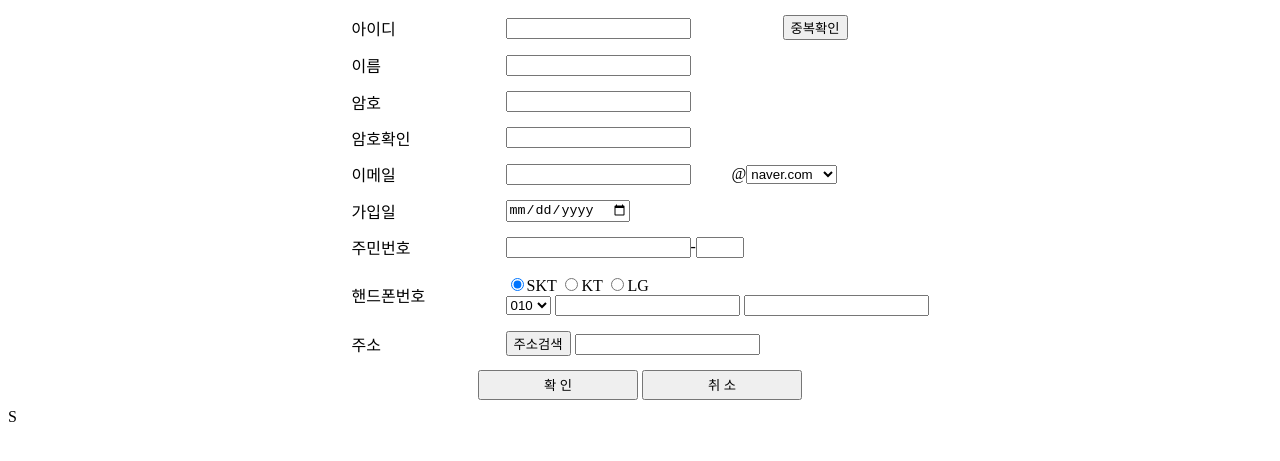
Repository: kurekure123/spring
Page: http://localhost/Bitcamp/WEB-INF/views/user/join.jsp
An editor plug-in stored every save of this project. The page is shown before and after the next save, followed by the edit.
The browser window is 1280 px wide. The pictures show the whole page.
The page is served by Tomcat 9. Nobody is signed in. The template is opened directly, without the code that normally fills it, so the values that code supplies are empty.

Above is the page before, as saved 2018-03-06 04:02:30.
Console error: ReferenceError: $ is not defined

After the next save:
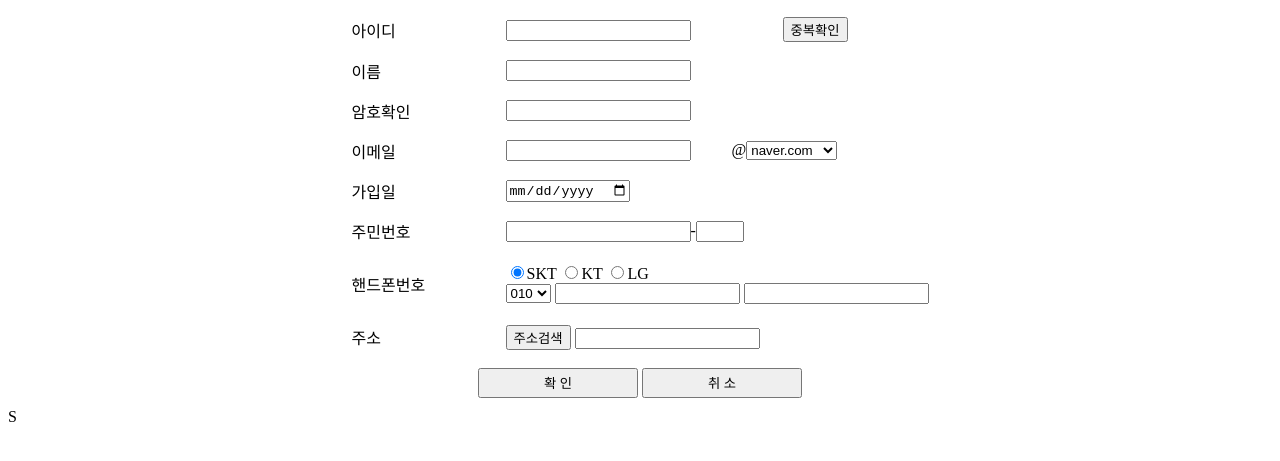
Saved 21 s later.
--- a/Bitcamp/src/main/webapp/WEB-INF/views/user/join.jsp
+++ b/Bitcamp/src/main/webapp/WEB-INF/views/user/join.jsp
@@ -14,10 +14,6 @@
 	<td><input name="name"  style="margin-right: 150px"  type="text" /></td>
 	</tr>
 
-	<tr>
-	<td>암호</td>
-	<td><input name="pass"   style="margin-right: 150px" type="password" /></td>
-	</tr>
 
 	<tr>
 	<td>암호확인</td>
@@ -78,7 +74,7 @@
 		$('#login-btn').on('click', function(){
 		  alert("클릭 인식됨.");
 		  var id = $('#join-id').val();
-		  var password = $('#name').val();
+		  var password = $('#').val();
 		  location.href = '${path.context}/login/'+id+'/'+password;
 		});
 // id, name, password (pathvarable)

After the save that followed:
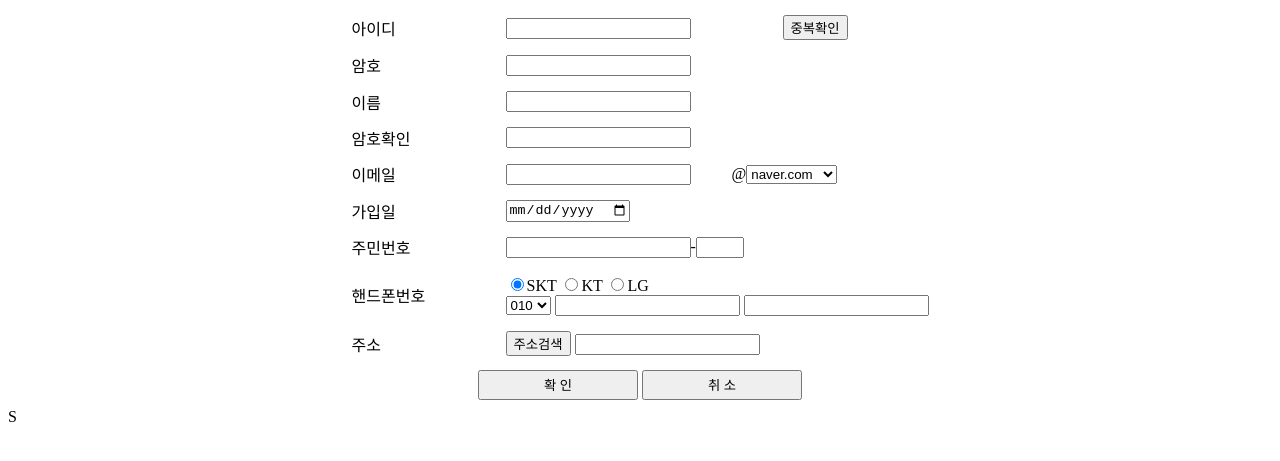
Saved 5 s later.
--- a/Bitcamp/src/main/webapp/WEB-INF/views/user/join.jsp
+++ b/Bitcamp/src/main/webapp/WEB-INF/views/user/join.jsp
@@ -10,10 +10,14 @@
 	</tr>
 
 	<tr>
+	<td>암호</td>
+	<td><input name="pass"   style="margin-right: 150px" type="password" /></td>
+	</tr>
+
+	<tr>
 	<td>이름</td>
 	<td><input name="name"  style="margin-right: 150px"  type="text" /></td>
 	</tr>
-
 
 	<tr>
 	<td>암호확인</td>
